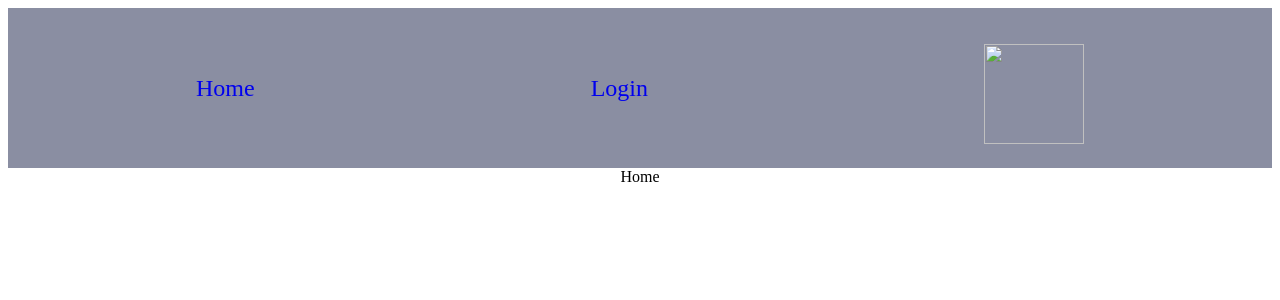
Repository: albinsabu2023/postapp
Page: /
An editor plug-in stored every save of this project. The page is shown before and after a run of saves, followed by the edit.
The browser window is 1280 px wide. The pictures show the whole page.
The project was rebuilt for these pictures with package versions that can differ from the ones it lists, and the page was loaded fresh each time. Also part of the build but not shown: src/Components/Login.tsx.

Above is the page before, as saved 2024-02-05 00:30:04.

After the next 2 saves:
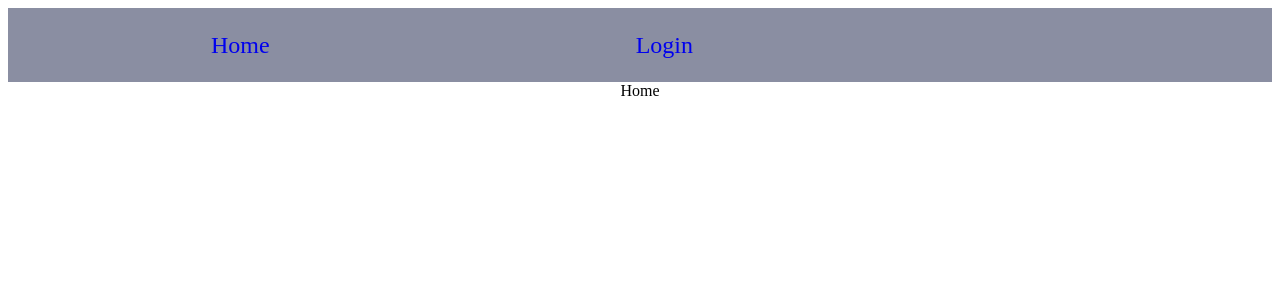
The 2 saves are shown as one change because they came seconds apart.
The last was saved 8 s later.
--- a/src/Components/Navbar.tsx
+++ b/src/Components/Navbar.tsx
@@ -9,7 +9,7 @@ function Navbar() {
         <Link to ="Login">Login</Link>
         <div>
             <p>{auth?.currentUser?.displayName}</p>
-            <img src={auth?.currentUser?.photoURL|| "" } alt="" width="100" height="100"
+            <img src={auth?.currentUser?.photoURL|| "" } alt="" width="10" height="10"
             />
         </div>
 
